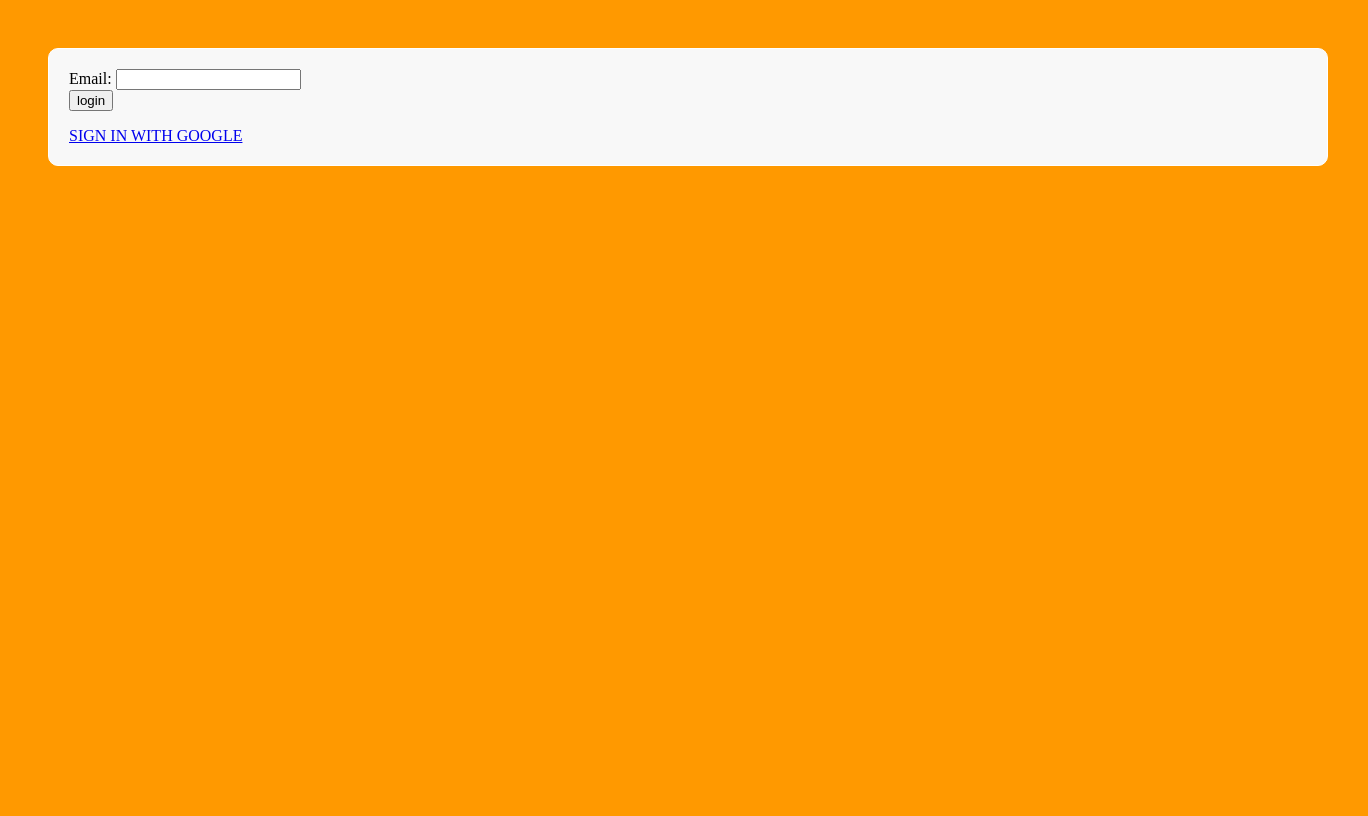
Repository: TharanyaM/Adaptavant--project
Page: Project/war/index.html
These files come from the project's save history. The page is drawn as it stood at one moment and after the next save; the edit follows.
The browser window is 1280 px wide. The page is 1368 px wide, so the pictures cover 1368 px, including what lies to the right of the window. The pictures show the whole page.

Above is the page before, as saved 2015-10-23 20:55:40.

### Project/war/index.html
<!DOCTYPE HTML PUBLIC "-//W3C//DTD HTML 4.01 Transitional//EN">
<!-- The HTML 4.01 Transitional DOCTYPE declaration-->
<!-- above set at the top of the file will set     -->
<!-- the browser's rendering engine into           -->
<!-- "Quirks Mode". Replacing this declaration     -->
<!-- with a "Standards Mode" doctype is supported, -->
<!-- but may lead to some differences in layout.   -->

<html>
  <head>
    <meta http-equiv="content-type" content="text/html; charset=UTF-8">
    <link href="style/style.css" rel="stylesheet">
    <title>Hello</title>
  </head>

  <body>
   <body>
   <div class="login-container">
		<form action="pro" method="post" name="form1">
			<label>Email:</label>
			 <input name="email" id="email" type="text"> <br>

			 <input type="submit" value="login">
		</form>
		<a href="oaut.jsp" class="signin">SIGN IN WITH GOOGLE</a>
	</div>
</body>
  </body>
</html>

### Project/war/style/style.css
@CHARSET "ISO-8859-1";

body {
	padding:40px;
	width:100%;
	height:100%;
	background-color:#F90;
}

div.login-container {
	background-color:#f8f8f8;
	border:thin #fff solid;
	border-radius:10px;
	color:#000;
	padding:20px;
}

div.login-container a.submit
{
	padding:10px;
	padding-left:20px;
	padding-right:20px;
	color:#fff;
	background-color:#00f700;
}

After the next save:
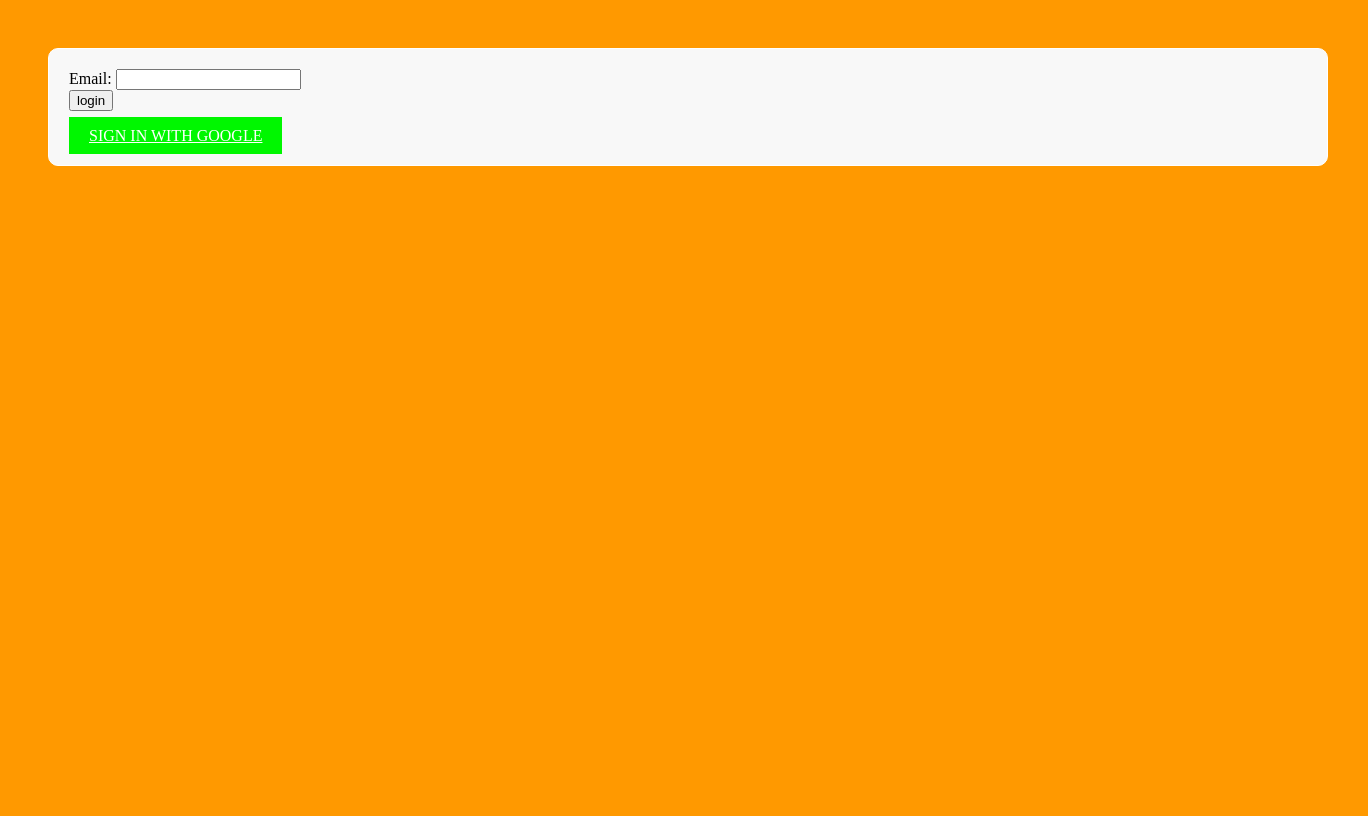
Saved 12 s later.
--- a/Project/war/style/style.css
+++ b/Project/war/style/style.css
@@ -15,7 +15,7 @@ div.login-container {
 	padding:20px;
 }
 
-div.login-container a.submit
+div.login-container a.signin
 {
 	padding:10px;
 	padding-left:20px;
